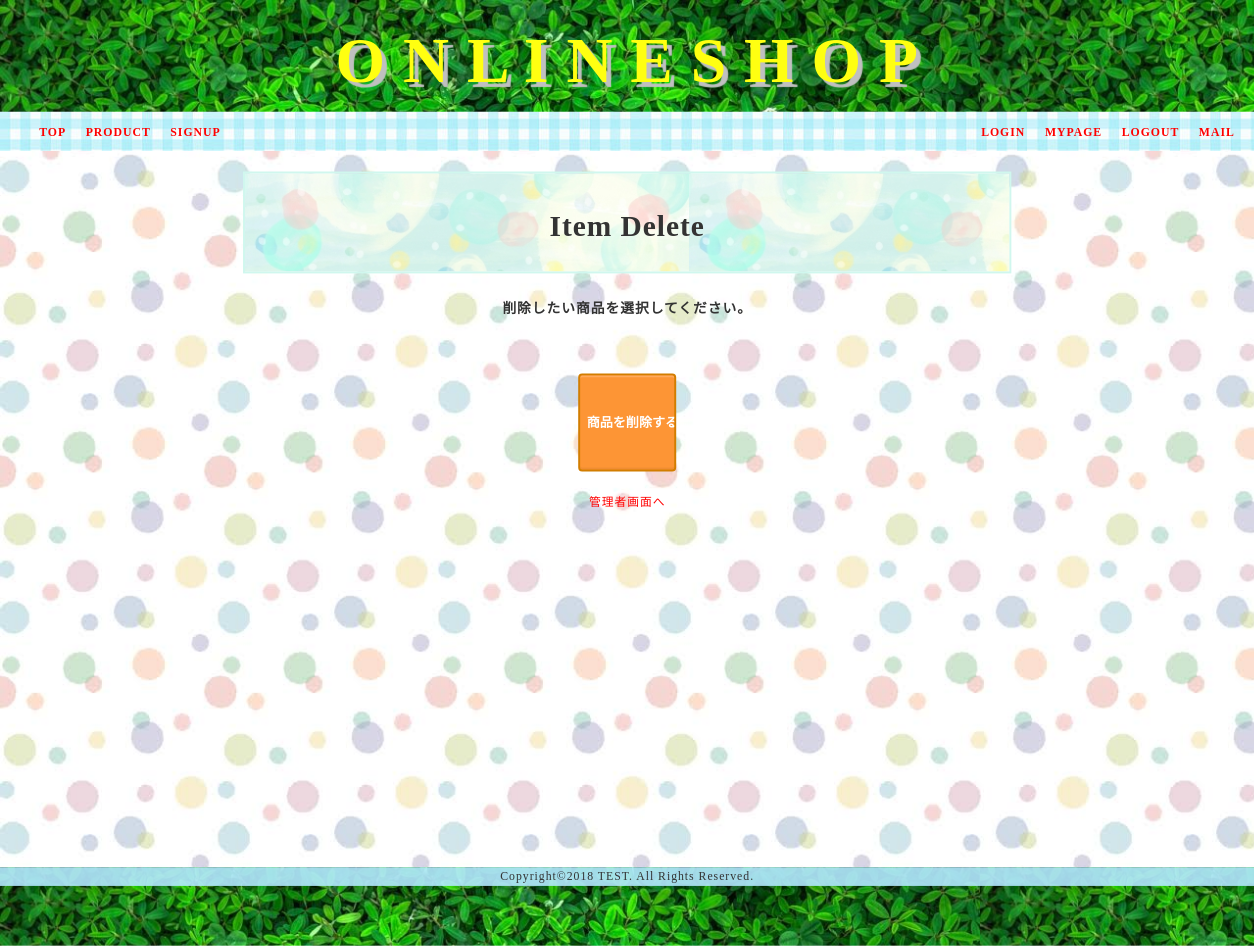
Repository: rt-1217/j2
Page: http://localhost/ecsite01/itemDelete.jsp
The author's editor kept a copy of each file at every save. The page is drawn from the files as they stood at one save, then again after the next save.
The browser window is 1280 px wide. The pictures show the whole page, at 98% of full size.
Backgrounds fixed to the window are drawn as part of the page. Some web fonts or font styles are not loaded; a fallback is used. The page is served by Tomcat 9.

Above is the page before, as saved 2018-05-30 07:01:32.

After the next save:
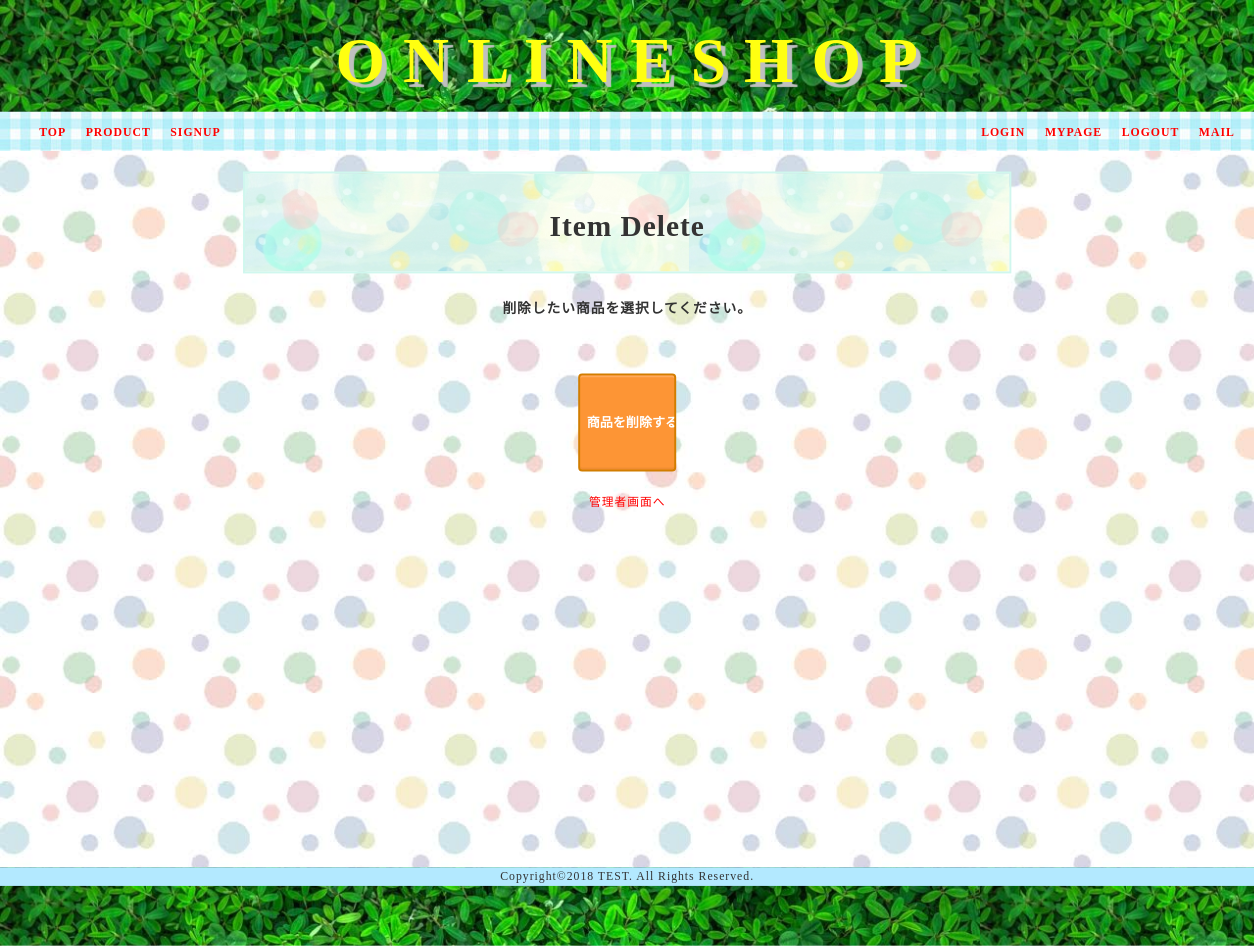
Saved 17 s later.
--- a/ecsite01/WebContent/css/basis.css
+++ b/ecsite01/WebContent/css/basis.css
@@ -150,7 +150,7 @@ bottom:0;
 	text-align:center;
 	font-family: 'Mystery Quest', cursive;
 /* 	background:rgba(246, 255, 255, 1); */
-	background:rgba(179, 233, 255, 0.9);
+	background:rgba(179, 233, 255, 1);
 }
 
 
